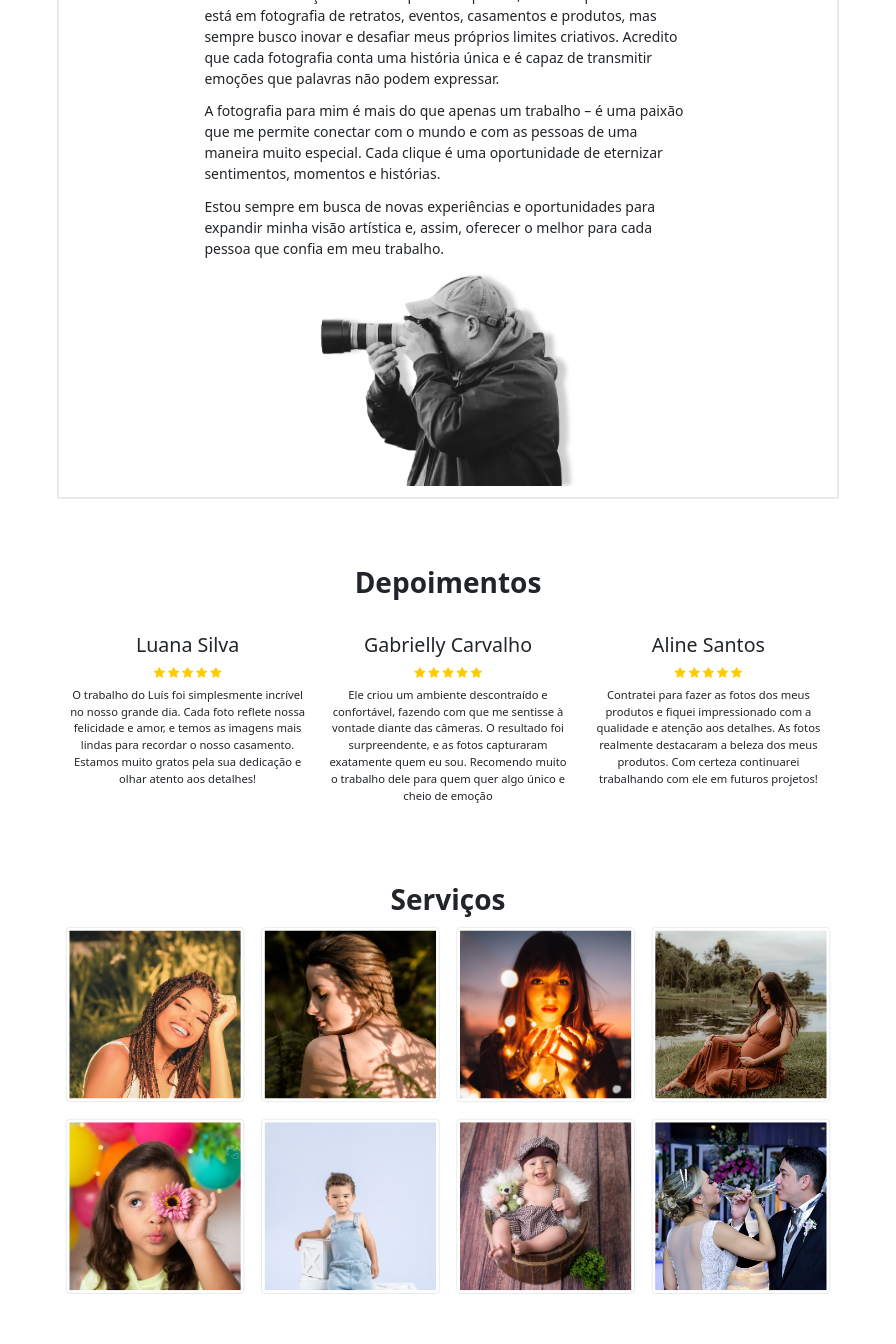
Repository: Marinalr-25/portifolio-fotografia
Page: index.html
An editor plug-in stored every save of this project. The page is shown before and after the next save, followed by the edit.
The browser window is 1280 px wide. The pictures show the part of the page from y = 1616 to 3536 px (the page is 3536 px tall), at 70% of full size.
A picture or video elsewhere on the page could not be fetched, so the positions and the page height are approximate.

Above is the page before, as saved 2025-01-19 22:28:45.

After the next save:
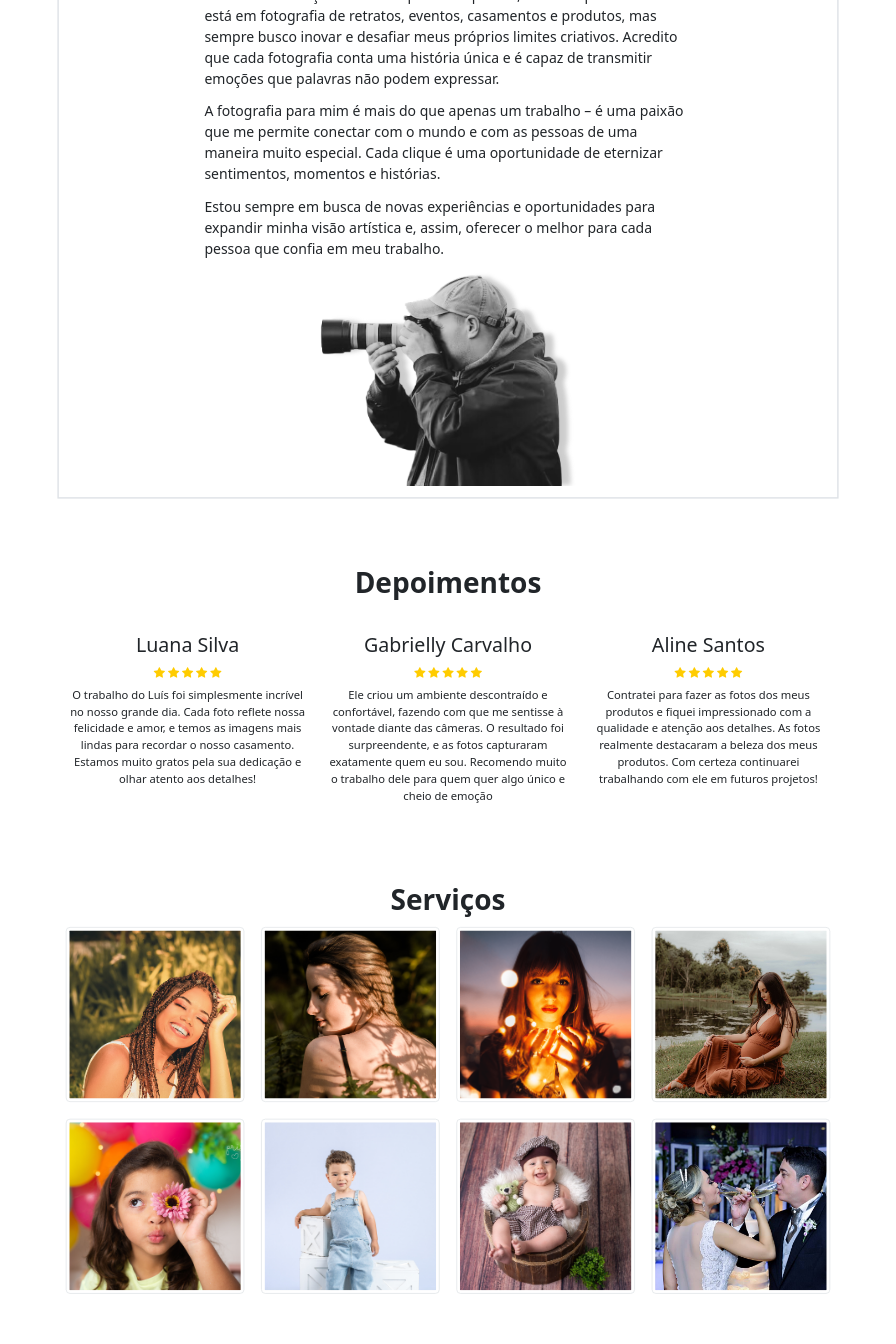
Saved 6 s later.
--- a/css/style.css
+++ b/css/style.css
@@ -133,5 +133,5 @@
 }
 
 .menino {
-  object-position: 50% 10%;
+  object-position: 50% 35%;
 }
